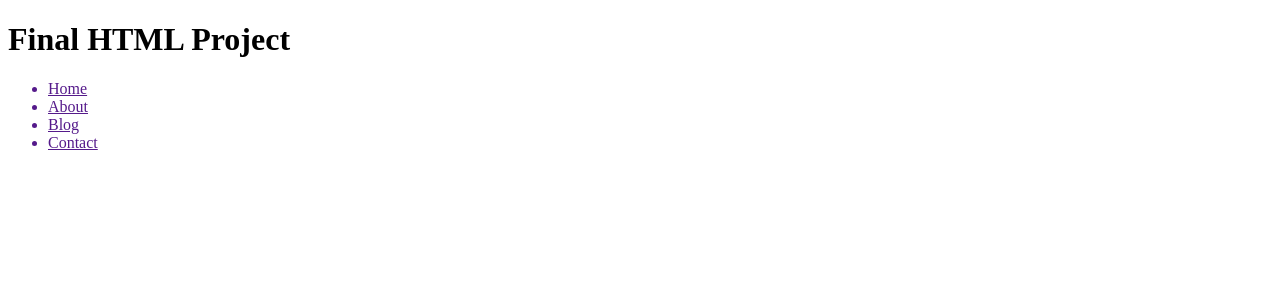
Repository: kmasih/finalHTMLProject
Page: index.HTML
An editor plug-in stored every save of this project. The page is shown before and after the next save, followed by the edit.
The browser window is 1280 px wide. The pictures show the whole page.

Above is the page before, as saved 2018-05-27 23:49:42.

### index.HTML
<!DOCTYPE html>
<html lang="en">

<head>
    <meta charset="UTF-8">
    <title>Final HTML Project</title>
</head>

<body>
    <!--
        Final HTML Project Requirements
        - Use Semantic HTML
        - Create a blog about any topic, I've used tech
        - Include a header
        - Include a nav with links
        - A blog section with two article each article having a h3 heading, again remembering to use semantic HTML
        - Include another section with u form featuring a username, email and submit button
        - A third section that is an image gallery with at least two images
        - And a footer with copyright
    -->

</body>
<!--Header section of the page-->
<header>
    <h1>Final HTML Project</h1>
</header>

<nav>
    <ul>
        <a href="">
            <li>Home</li>
        </a>
        <a href="">
            <li>About</li>
        </a>
        <a href="">
            <li>Blog</li>
        </a>
        <a href="">
            <li>Contact</li>
        </a>
    </ul>
</nav>

<!--End of section of the page-->

<!--Blog post section-->

<section>
    <article>
        <p>

        </p>
    </article>
</section>


</html>

After the next save:
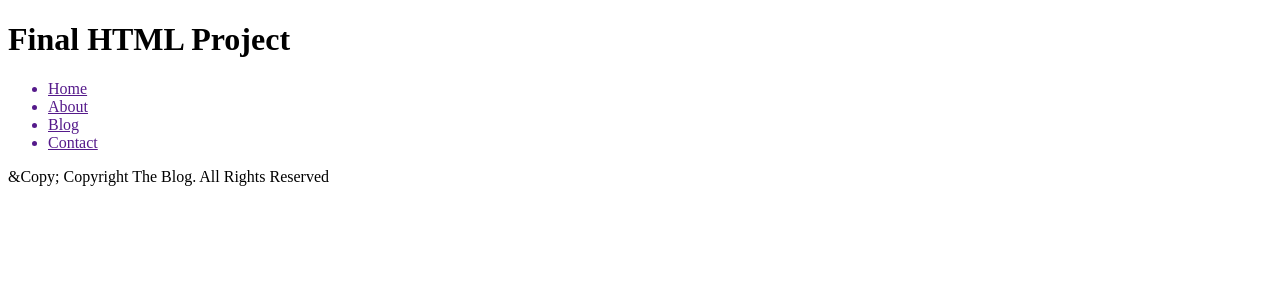
Saved 3 min 18 s later.
--- a/index.HTML
+++ b/index.HTML
@@ -19,40 +19,45 @@
         - And a footer with copyright
     -->
 
-</body>
-<!--Header section of the page-->
-<header>
-    <h1>Final HTML Project</h1>
-</header>
 
-<nav>
-    <ul>
-        <a href="">
-            <li>Home</li>
-        </a>
-        <a href="">
-            <li>About</li>
-        </a>
-        <a href="">
-            <li>Blog</li>
-        </a>
-        <a href="">
-            <li>Contact</li>
-        </a>
-    </ul>
-</nav>
+    <!--Header section of the page-->
+    <header>
+        <h1>Final HTML Project</h1>
+    </header>
 
-<!--End of section of the page-->
+    <nav>
+        <ul>
+            <a href="">
+                <li>Home</li>
+            </a>
+            <a href="">
+                <li>About</li>
+            </a>
+            <a href="">
+                <li>Blog</li>
+            </a>
+            <a href="">
+                <li>Contact</li>
+            </a>
+        </ul>
+    </nav>
 
-<!--Blog post section-->
+    <!--End of section of the page-->
 
-<section>
-    <article>
-        <p>
+    <!--Blog post section-->
 
-        </p>
-    </article>
-</section>
+    <section>
+        <article>
+            <p>
+
+            </p>
+        </article>
+    </section>
 
 
+    <footer>
+        <p> &Copy; Copyright The Blog. All Rights Reserved</p>
+    </footer>
+</body>
+
 </html>
